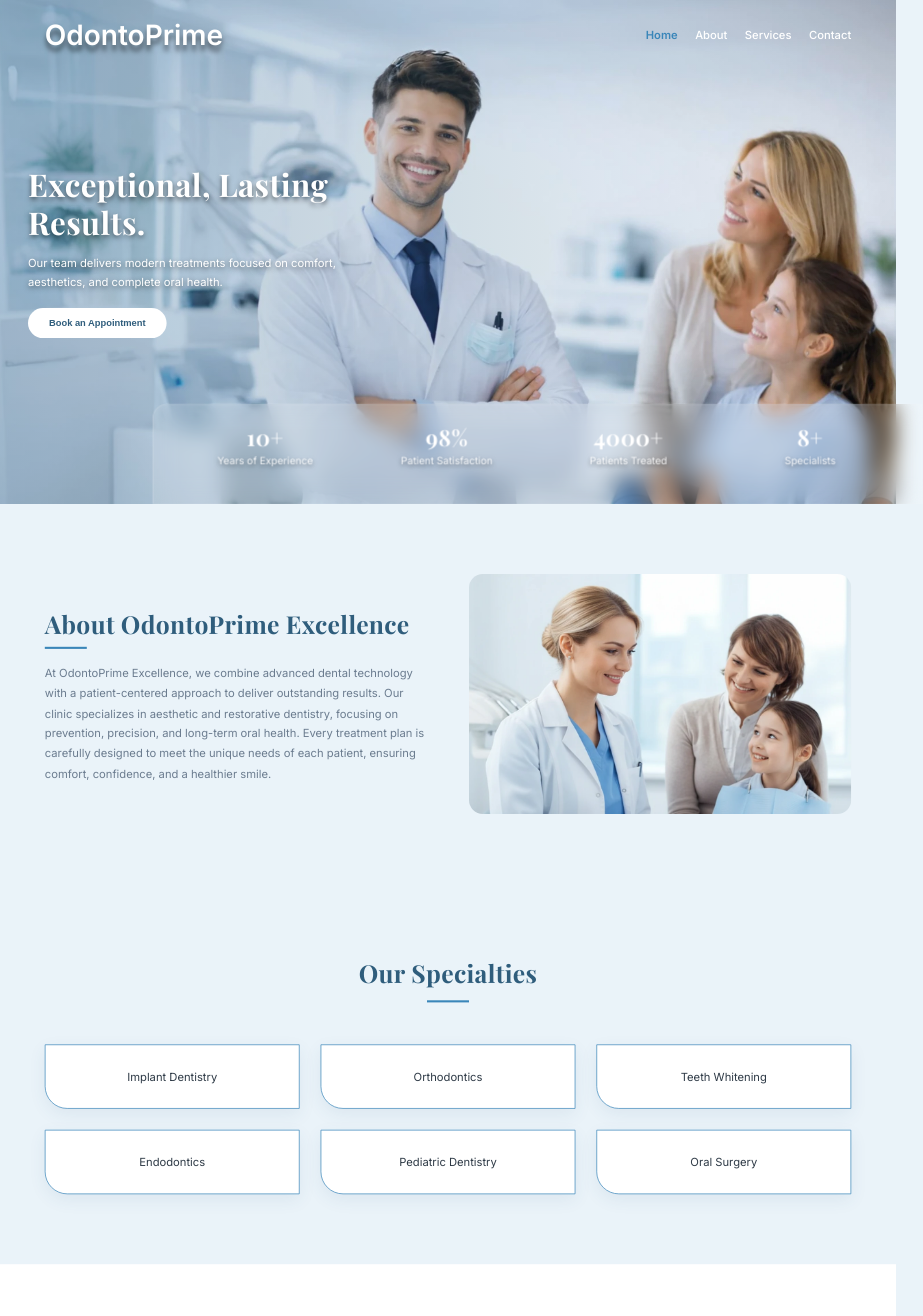
Repository: davidfsillva/OdontoPrime
Page: index.html
The author's editor kept a copy of each file at every save. The page is drawn from the files as they stood at one save, then again after a run of saves.
The browser window is 1280 px wide. The page is 1318 px wide, so the pictures cover 1318 px, including what lies to the right of the window. The pictures show the part of the page from y = 0 to 1880 px (the page is 2646 px tall), at 70% of full size.

Above is the page before, as saved 2026-02-17 09:30:35.

### index.html
<!DOCTYPE html>
<html lang="en">
<head>
<meta charset="UTF-8">
<meta name="viewport" content="width=device-width, initial-scale=1.0">
<title>OdontoPrime Excellence</title>

<link rel="stylesheet" href="style.css">
<link href="https://fonts.googleapis.com/css2?family=Inter:wght@300;400;500;600&family=Playfair+Display:wght@600;700&display=swap" rel="stylesheet">
</head>


<body>

<header>
    <div class="container nav-container">
        <div class="logo">OdontoPrime</div>

        <nav id="nav">
            <a href="index.html" class="active">Home</a>
            <a href="about.html">About</a>
            <a href="services.html">Services</a>
            <a href="contact.html">Contact</a>
        </nav>

        <div class="menu-toggle" onclick="toggleMenu()">☰</div>
    </div>
</header>

<!-- HERO -->
<section class="hero">
    <div class="container hero-content">
        <div class="hero-text">
            <h1>
                Exceptional, Lasting Results.
            </h1>

            <p>
                Our team delivers modern treatments focused on comfort,
                aesthetics, and complete oral health.
            </p>

            <button class="btn">Book an Appointment</button>
        </div>
    </div>

    <!-- GLASS CARD STATS -->
    <div class="hero-stats">
        <div class="stat-item">
            <h2>10+</h2>
            <p>Years of Experience</p>
        </div>

        <div class="stat-item">
            <h2>98%</h2>
            <p>Patient Satisfaction</p>
        </div>

        <div class="stat-item">
            <h2>4000+</h2>
            <p>Patients Treated</p>
        </div>

        <div class="stat-item">
            <h2>8+</h2>
            <p>Specialists</p>
        </div>
    </div>
</section>

<!-- ABOUT PREVIEW -->
<section class="about-preview">
    <div class="container about-grid">
        <div class="about-text">
            <h2>About OdontoPrime Excellence</h2>
            <p>
                At OdontoPrime Excellence, we combine advanced dental technology with a patient-centered approach to deliver outstanding results.
                Our clinic specializes in aesthetic and restorative dentistry, focusing on prevention, precision, and long-term oral health.
                Every treatment plan is carefully designed to meet the unique needs of each patient, ensuring comfort, confidence, and a healthier smile.
            </p>
        </div>

        <div class="about-image">
            <img src="img/md.cl.webp" alt="Professional dentist">
        </div>
    </div>
</section>

<!-- SPECIALTIES -->
<section class="departments">
    <div class="container">
        <h2>Our Specialties</h2>

        <div class="dept-grid">
            <div class="card">Implant Dentistry</div>
            <div class="card">Orthodontics</div>
            <div class="card">Teeth Whitening</div>
            <div class="card">Endodontics</div>
            <div class="card">Pediatric Dentistry</div>
            <div class="card">Oral Surgery</div>
        </div>
    </div>
</section>

<!-- WHY CHOOSE US -->
<section class="why-us">
    <div class="container">
        <h2>Why Choose OdontoPrime?</h2>

        <div class="dept-grid">

            <div class="card why-card">
                <img src="img/tecn.png" alt="Modern dental technology">
                <div class="card-content">
                    <h3>Modern Technology</h3>
                    <p>Advanced equipment for precise and comfortable treatments.</p>
                </div>
            </div>

            <div class="card why-card">
                <img src="img/expd.png" alt="Experienced dentist">
                <div class="card-content">
                    <h3>Experienced Dentists</h3>
                    <p>Highly trained professionals dedicated to your smile.</p>
                </div>
            </div>

            <div class="card why-card">
                <img src="img/conft.png" alt="Patient comfort">
                <div class="card-content">
                    <h3>Comfort-Focused Care</h3>
                    <p>A relaxing environment designed entirely around patient well-being.</p>
                </div>
            </div>


        </div>
    </div>


        <div>
            <a href="services.html" class="btn-view">View All Services</a>
        </div>
    </div>

</section>

<footer>
    <p>© 2026 OdontoPrime - All Rights Reserved</p>
</footer>

<!-- BOTÃO VOLTAR AO TOPO -->
<a href="#" class="back-to-top" id="backToTop">↑</a>

<script src="script.js"></script>


</body>
</html>

### style.css
:root{

    --primary-blue: #2F5D7C;
    --secondary-blue: #4F7FA3;
    --accent-blue: #3A86B9;

    --bg-light: #EAF3F9;
    --white: #FFFFFF;
    --off-white: #E6EEF5;

    --text-dark: #2E3A46;
    --text-medium: #6B7C8F;

    --hero-gradient-start: rgba(47, 93, 124, 0.95);
    --hero-gradient-end: rgba(79, 127, 163, 0.85);

    --shadow-soft: 0 5px 20px rgba(47, 93, 124, 0.08);
}

*{
    margin:0;
    padding:0;
    box-sizing:border-box;
}

body{
    font-family:'Inter', sans-serif;
    background:var(--bg-light);
    color:var(--text-dark);
}

h1, h2, h3 {
    font-family: 'Playfair Display', serif;
    letter-spacing: 0.5px;
}


.container{
    width:90%;
    max-width:1200px;
    margin:auto;
}

/* HEADER */

nav{
    display:flex;
    align-items:center;
}

header{
    position:absolute;
    width:100%;
    padding:25px 0;
    z-index:1000;
    background:transparent;
}

.nav-container{
    display:flex;
    justify-content:space-between;
    align-items:center;
}

.logo{
    font-weight:700;
    font-size:2.5rem;
    color:var(--white);
    text-shadow: 0 9px 8px rgba(0, 0, 0, 0.5);
}

nav a{
    margin-left:25px;
    text-decoration:none;
    color:var(--white);
    font-weight:500;
    transition:0.3s;
}

nav a:hover{
    color:var(--accent-blue);
}

.menu-toggle{
    display:none;
    font-size:24px;
    cursor:pointer;
    color:var(--white);
}

nav a.active{
    color: var(--accent-blue);
    font-weight: 600;
    position: relative;
}

/* HERO */

.hero{
    min-height:100vh;
    display:flex;
    align-items:center;
    background:
    linear-gradient(to right,
    rgba(79, 127, 163, 0.438),
    rgba(58, 134, 185, 0.048)),
    url('img/hero.webp') center/cover no-repeat;
    color:var(--white);
    padding:0 0;
    position:relative;
}

.hero-content{
    width:100%;
}

.hero-text{
    max-width:600px;
}

.hero h1{
    font-size:2.8rem;
    margin-bottom:20px;
    font-weight:700;
    line-height:1.2;
    text-shadow: 0 3px 8px rgba(0, 0, 0, 0.5);
}

.hero p{
    margin-bottom:25px;
    max-width:500px;
    font-size:16px;
    line-height:1.6;
    color:var(--white);
    text-shadow: 0 3px 8px rgba(0, 0, 0, 0.5);
}

.hero-about{
    background: var(--primary-blue);
    min-height: 60vh;
}


/* HERO STATS */

.hero-stats{
    position:absolute;
    bottom:0px;
    left:60%;
    transform:translateX(-50%);
    width:90%;
    max-width:1100px;
    display:grid;
    grid-template-columns:repeat(auto-fit, minmax(180px,1fr));
    gap:20px;
    padding:25px 40px;
    background:rgba(255,255,255,0.15);
    backdrop-filter:blur(15px);
    -webkit-backdrop-filter:blur(15px);
    border-radius:20px 0px 0px 0px;
    border:1px solid rgba(255,255,255,0.2);
}

.stat-item{
    text-align:center;
    color:var(--white);
}

.stat-item h2{
    font-size:2rem;
    font-weight:700;
}

.stat-item p{
    font-size:0.9rem;
    opacity:0.9;
}

/* BUTTONS */

.btn{
    padding:14px 30px;
    background:var(--white);
    border:none;
    color:var(--primary-blue);
    font-weight:600;
    border-radius:30px;
    cursor:pointer;
    transition:0.3s;
}

.btn:hover{
    background:var(--accent-blue);
    color:var(--white);
    transform:translateY(-3px);
}

.btn-view {
    padding:14px 30px;
    background:var(--accent-blue);
    border:none;
    color:var(--white);
    font-weight:600;
    border-radius:30px;
    cursor:pointer;
    transition:0.3s;
    text-decoration: none;
    text-align: center;
    display: block;
    width: fit-content;
    margin:40px auto 0;
}

.btn-view:hover {
    transform: translateY(-5px);
    box-shadow: 0 15px 30px rgba(0,0,0,0.2);
}

/* ABOUT */
.about-image{
    position:relative;
    overflow:hidden;
}


.about-preview{
    padding:100px 0;
}

.about-grid{
    display:grid;
    grid-template-columns:1fr 1fr;
    gap:60px;
    align-items:center;
}

.about-text h2{
    font-size:2.2rem;
    color:var(--primary-blue);
    margin-bottom:20px;
    position:relative;
}

.about-text h2::after{
    content:"";
    width:60px;
    height:3px;
    background:var(--accent-blue);
    display:block;
    margin-top:10px;
}

.about-text p{
    font-size:16px;
    line-height:1.8;
    color:var(--text-medium);
}

.about-grid img:not(.lead-dentist){
    width:100%;
    border-radius:20px;
}

.lead-dentist {
    border-radius: 30px; /* cantos arredondados */
    width: 60%;
    height: auto;
    margin: 0 auto;
    box-shadow: 0 8px 20px rgba(0,0,0,0.2); /* opcional: sombra suave */
    display: flex;
    justify-content: center; /* centraliza horizontalmente */
    align-items: center;     /* centraliza verticalmente se tiver altura */
}

/* DEPARTMENTS */

.departments{
    padding:100px 0;
}

.departments h2{
    text-align:center;
    font-size:2.2rem;
    color:var(--primary-blue);
    margin-bottom:60px;
    position:relative;
}

.departments h2::after{
    content:"";
    width:60px;
    height:3px;
    background:var(--accent-blue);
    display:block;
    margin:15px auto 0;
}

.dept-grid{
    display:grid;
    grid-template-columns: repeat(auto-fit, minmax(280px, 1fr));
    gap:30px;
}


.card {
    background:var(--white);
    padding:35px 25px;
    text-align:center;
    border-radius:18px;
    box-shadow:0 8px 25px rgba(47,93,124,0.08);
    transition:0.3s ease;


    border-radius: 0 0 0 32px;
    border:1px solid #3A86B9;

}

.why-card{
    border: none;
}


.card:hover{
    transform:translateY(-6px);
    box-shadow:0 15px 35px rgba(47,93,124,0.15);
}

.card img{
    width:60px;
    margin-bottom:15px;
}

.card h3{
    font-size:18px;
    margin-bottom:12px;
    color:var(--primary-blue);
}

.card p{
    font-size:14px;
    line-height:1.6;
    color:var(--text-medium);
}

/* WHY SECTION FULL IMAGE CARDS */

.why-card {
    position: relative;
    overflow: hidden;
    padding: 0;
    height: 350px;
    border-radius: 20px;
}

.why-card img {
    width: 100%;
    height: 100%;
    object-fit: cover;
    display: block;
}

.why-card .card-content {
    position: absolute;
    bottom: 0;
    width: 100%;
    padding: 25px;
    background: linear-gradient(
        to top,
        rgba(0,0,0,0.75),
        rgba(0,0,0,0.2)
    );
    color: var(--white);
}

.why-card h3 {
    margin-bottom: 8px;
    color: var(--white);
}

.why-card p {
    color: rgba(255,255,255,0.9);
    font-size: 14px;
}


/* WHY US */

.why-us{
    padding:100px 0;
    background:var(--white);
}

.why-us h2{
    text-align:center;
    font-size:2.2rem;
    margin-bottom:60px;
    color:var(--primary-blue);
    position:relative;
}

.why-us h2::after{
    content:"";
    width:60px;
    height:3px;
    background:var(--accent-blue);
    display:block;
    margin:15px auto 0;
}

.contact-grid{
    display:grid;
    grid-template-columns:1fr 1fr;
    gap:60px;
    align-items:start;
}

/* BOTÃO VOLTAR AO TOPO */
.back-to-top {
    position: fixed;       /* fixa na tela */
    bottom: 30px;          /* distância do rodapé */
    right: 30px;           /* distância da borda direita */
    background: var(--accent-blue);
    color: var(--white);
    padding: 12px 18px;
    border-radius: 50px;   /* deixa arredondado */
    text-decoration: none;
    font-weight: 600;
    font-size: 12px;
    box-shadow: 0 8px 20px rgba(0,0,0,0.2);
    transition: 0.3s;
    opacity: 0;            /* inicialmente invisível */
    pointer-events: none;  /* não clicável até aparecer */
    z-index: 1000;
}

.back-to-top:hover {
    background: var(--off-white);
    transform: translateY(-3px);
    color: black;
}

/* quando visível */
.back-to-top.show {
    opacity: 1;
    pointer-events: auto;
}

/* CARDS ESPECÍFICOS DA PÁGINA ABOUT */
.departments.about-cards .card {
    border-radius: 20px;
    padding: 20px;
    box-shadow: 0 10px 25px rgba(47,93,124,0.1);
    transition: transform 0.3s ease, box-shadow 0.3s ease;
    text-align: center;
}

/* Hover */
.departments.about-cards .card:hover {
    transform: translateY(-5px);
    box-shadow: 0 15px 35px rgba(47,93,124,0.2);
}

/* Card titles and text */
.departments.about-cards .card h3 {
    font-size: 1.2rem;
    color: var(--primary-blue);
    margin: 15px 0 10px;
}

.departments.about-cards .card p {
    font-size: 0.95rem;
    line-height: 1.6;
    color: var(--text-medium);
}

/* Imagem maior e proporcional */
.departments.about-cards .card img {
    width: 70%;          /* ocupa toda a largura do card */
    height: 400px;        /* altura maior */
    object-fit: cover;    /* mantém proporção e recorta excesso */
    border-radius: 50px;  /* cantos arredondados */
    margin-bottom: 15px;  /* separação do texto */
}

/* SCROLL REVEAL */

.about-preview,
.departments,
.why-us,
.card {
    opacity: 0;
    transform: translateY(40px);
    transition: all 0.8s ease;
}

.reveal {
    opacity: 1 !important;
    transform: translateY(0) !important;
}


/* FOOTER */

footer{
    background:var(--primary-blue);
    color:var(--white);
    text-align:center;
    padding:30px;
    font-size:14px;
}

/* RESPONSIVE */

/* =========================
   RESPONSIVE
========================= */
@media (max-width: 768px) {

    /* NAVIGATION */
    nav {
        position: absolute;
        top: 80px;
        right: 0;
        background: var(--white);
        flex-direction: column;
        width: 200px;
        display: none;
        box-shadow: var(--shadow-soft);
    }

    nav a {
        padding: 15px;
        margin: 0;
        border-bottom: 1px solid var(--off-white);
        color: var(--text-dark);
    }

    nav.active {
        display: flex;
    }

    .menu-toggle {
        display: block;
    }

        /* HERO INTERNO (about, services, contact) */
    .hero-about,
    .hero-services,
    .hero-contact {
        min-height: 45vh;
        display: flex;
        align-items: center;
        justify-content: center;
        text-align: center;
        padding: 100px 20px 40px;
    }

    .hero-about h1,
    .hero-services h1,
    .hero-contact h1 {
        font-size: 1.6rem;
    }

    .hero-about p,
    .hero-services p,
    .hero-contact p {
        font-size: 0.95rem;
        max-width: 100%;
        margin: 0 auto;
    }

    /* ABOUT GRID */
    .about-grid {
        grid-template-columns: 1fr;
        gap: 30px;
        text-align: center;
    }

    .about-text h2 {
        font-size: 1.6rem;
    }

    /* DEPARTMENTS / SERVICES GRID */
    .dept-grid {
        grid-template-columns: 1fr;
        gap: 20px;
    }

    .card {
        padding: 25px 20px;
    }

    /* WHY SECTION */
    .why-us {
        padding: 70px 0;
    }

    .why-card {
        height: 280px;
    }

    /* CONTACT PAGE (caso tenha form grid) */
    .contact-grid {
        grid-template-columns: 1fr;
        gap: 30px;
    }

    .contact-form input,
    .contact-form textarea {
        width: 100%;
    }

    .hero {
        flex-direction: column;
        justify-content: center;
        align-items: center;
        text-align: center;
        padding: 20px 20px 0;
        background:
            linear-gradient(to top,
            rgba(47, 93, 124, 0.048),
            rgba(47, 93, 124, 0.2)),
            url('img/hero-mobile.webp') center/cover no-repeat;
    }



    .hero h1 {
        font-size: 1.8rem;
    }

    .hero p {
        max-width: 100%;
    }

    .hero-stats {
        left: 50%;
        transform: translateX(-50%);
        width: 95%;
        max-width: 100%;
        border-radius: 20px 20px 0 0;
        padding: 8px 10px 8px;
        gap: 1px;
        grid-template-columns: repeat(2, 1fr);
    }

    .stat-item h2 {
        font-size: 1.7rem;
    }

    .stat-item p {
        font-size: 0.75rem;
    }



}

### script.js
// =========================
// MOBILE MENU
// =========================
function toggleMenu() {
    document.getElementById("nav").classList.toggle("active");
}

// =========================
// BACK TO TOP
// =========================
const backToTopButton = document.getElementById('backToTop');

window.addEventListener('scroll', () => {
    if (window.scrollY > 300) {
        backToTopButton.classList.add('show');
    } else {
        backToTopButton.classList.remove('show');
    }
});

backToTopButton.addEventListener('click', (e) => {
    e.preventDefault();
    window.scrollTo({ top: 0, behavior: 'smooth' });
});

// =========================
// SCROLL REVEAL EFFECT
// =========================

const revealElements = document.querySelectorAll(
    '.about-preview, .departments, .why-us, .card, .hero-text'
);

const revealOnScroll = () => {
    const windowHeight = window.innerHeight;

    revealElements.forEach((el) => {
        const elementTop = el.getBoundingClientRect().top;

        if (elementTop < windowHeight - 80) {
            el.classList.add('reveal');
        }
    });
};

window.addEventListener('scroll', revealOnScroll);
window.addEventListener('load', revealOnScroll);

// =========================
// HERO FADE ON LOAD
// =========================
window.addEventListener('load', () => {
    const hero = document.querySelector('.hero-text');
    if (hero) {
        hero.style.opacity = 0;
        hero.style.transform = 'translateY(20px)';
        setTimeout(() => {
            hero.style.transition = 'all 0.8s ease';
            hero.style.opacity = 1;
            hero.style.transform = 'translateY(0)';
        }, 200);
    }
});

After the next 2 saves:
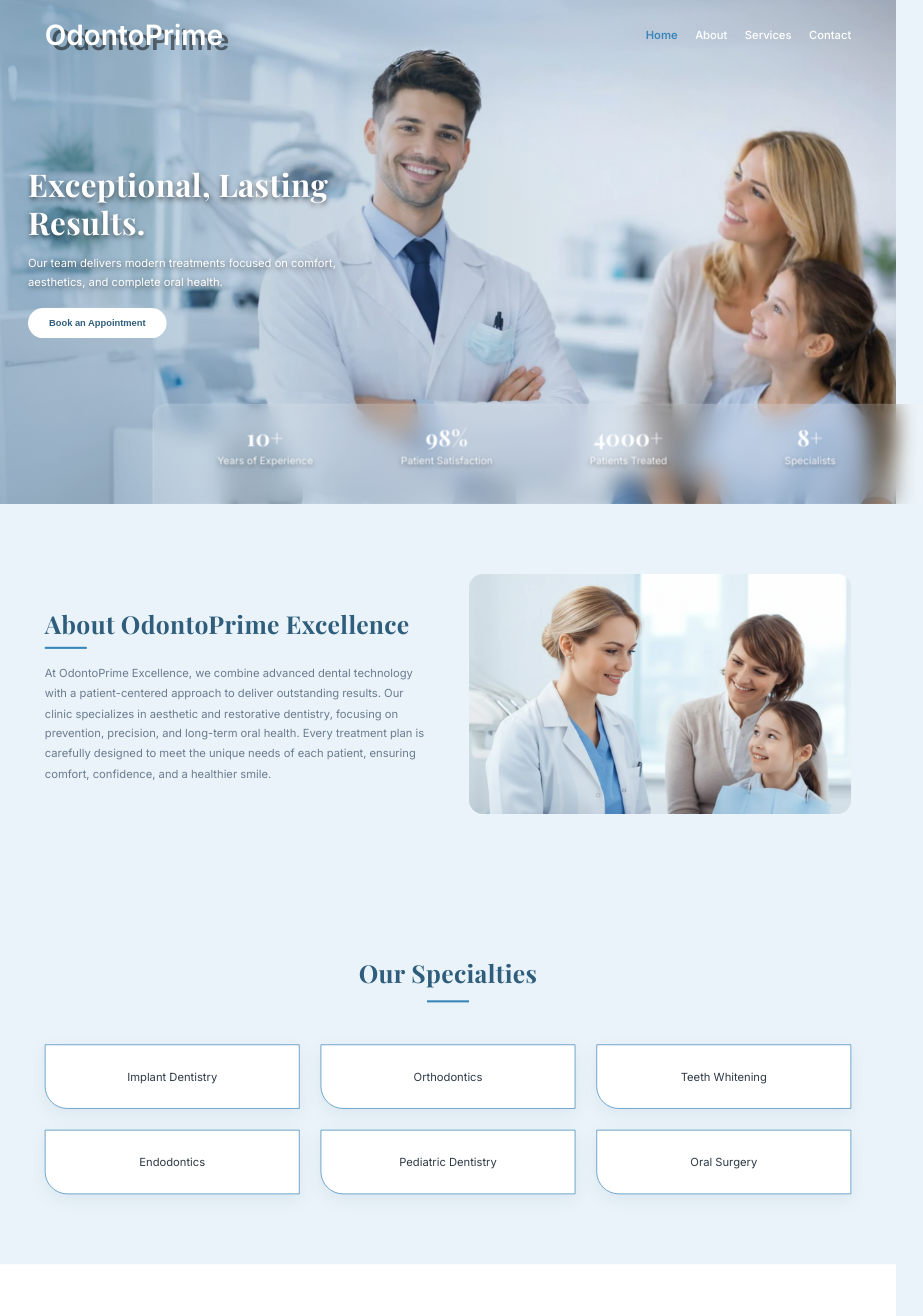
The 2 saves are shown as one change because they came seconds apart.
The last was saved 18 s later.
--- a/style.css
+++ b/style.css
@@ -66,7 +66,7 @@ header{
     font-weight:700;
     font-size:2.5rem;
     color:var(--white);
-    text-shadow: 0 9px 8px rgba(0, 0, 0, 0.5);
+    text-shadow:  9px 8px rgba(0, 0, 0, 0.5);
 }
 
 nav a{
